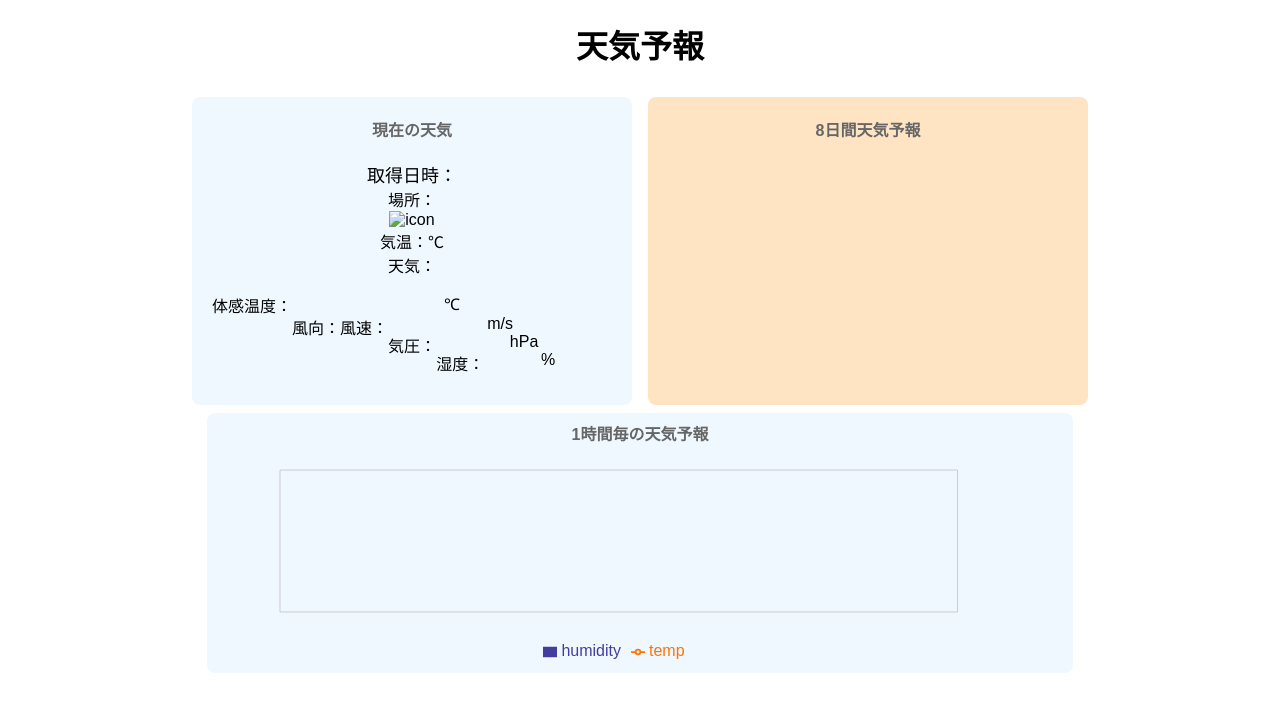
Repository: IshigureTomoki/weather-app
Page: /
The author's editor kept a copy of each file at every save. The page is drawn from the files as they stood at one save, then again after a run of saves.
The browser window is 1280 px wide. The pictures show the whole page.
The page's requests for data from a server got no answer. The project was rebuilt for these pictures with package versions that can differ from the ones it lists, and the page was loaded fresh each time. No one was signed in, and anything a server would have sent is missing.

Above is the page before, as saved 2022-02-25 14:53:31.

After the next 2 saves:
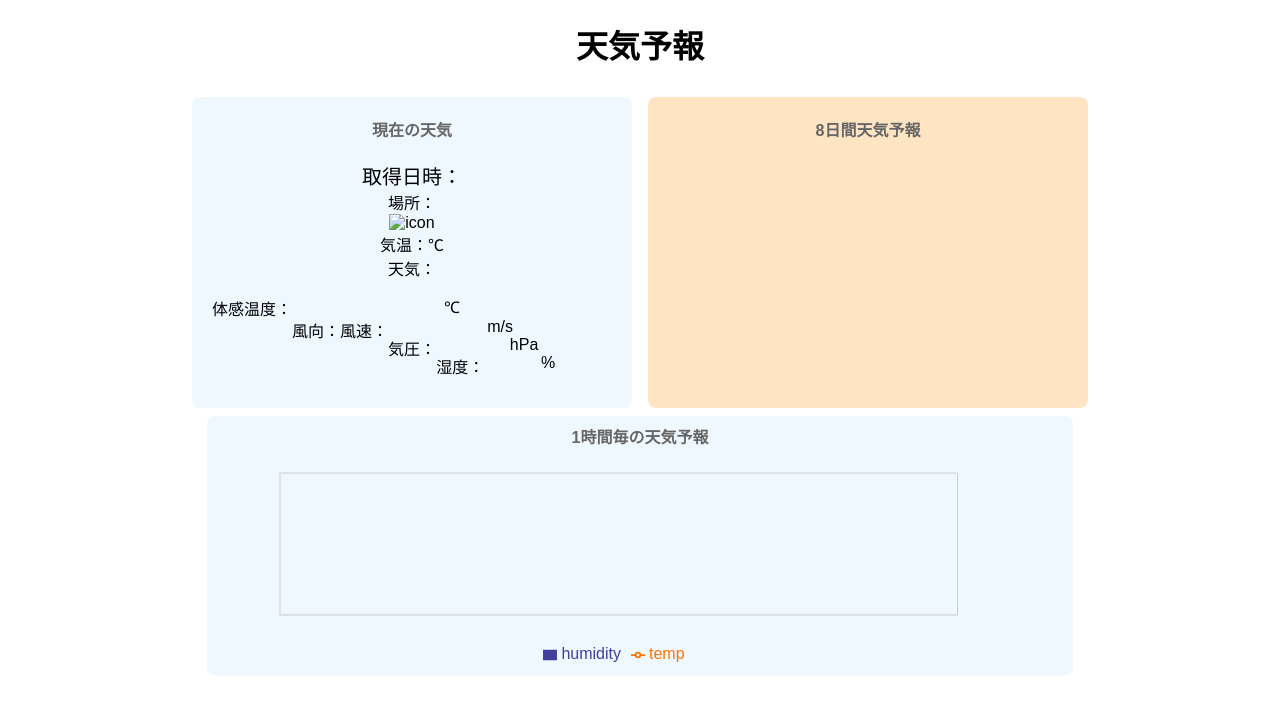
The 2 saves are shown as one change because they came seconds apart.
The last was saved 7 s later.
--- a/src/App.css
+++ b/src/App.css
@@ -20,7 +20,7 @@ body {
 }
 .nowtime {
   width: 400px;
-  font-size: large;
+  font-size: 20px;
 }
 
 .nowplace{
